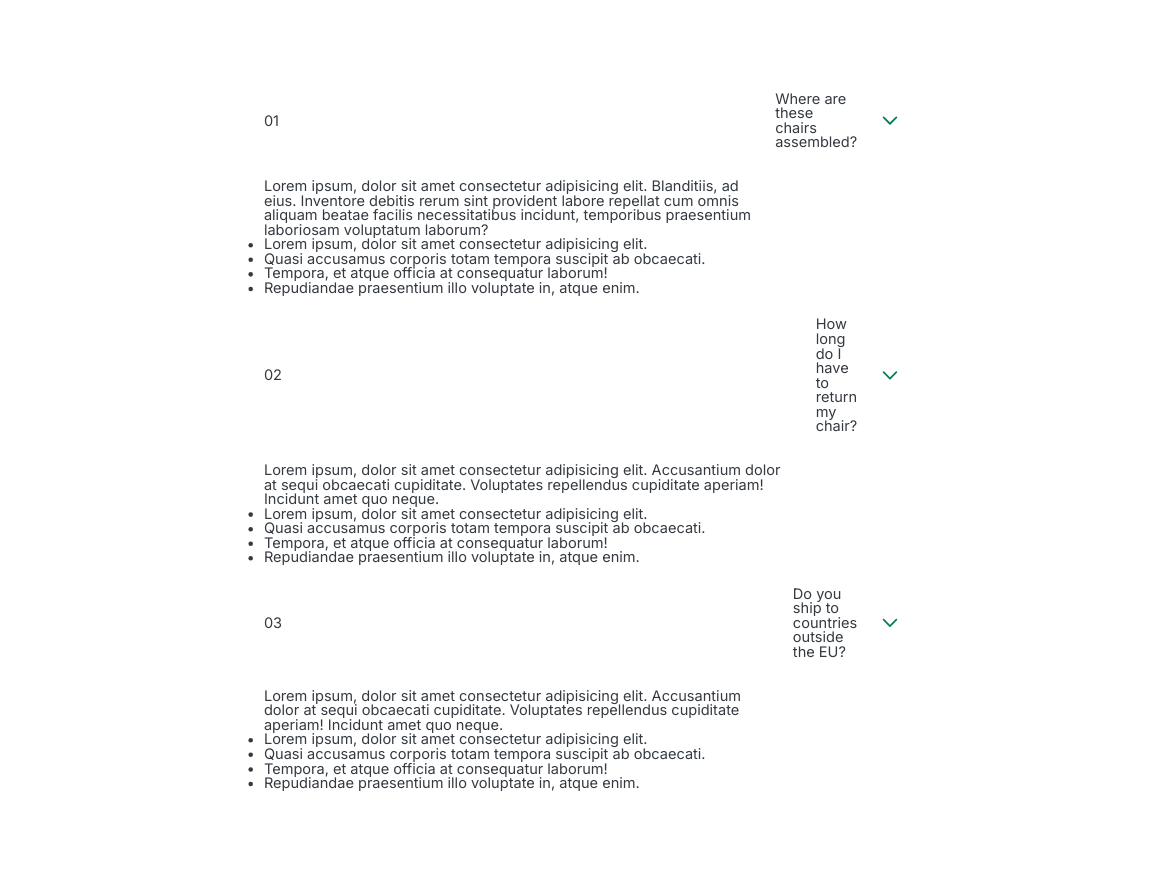
Repository: nghiakma/HTML-CSS-Fundamental
Page: Component_LayoutPatterns/accordion.html
The author's editor kept a copy of each file at every save. The page is drawn from the files as they stood at one save, then again after the next save.
The browser window is 1280 px wide. The pictures show the whole page, at 91% of full size.

Above is the page before, as saved 2023-08-26 11:07:29.

After the next save:
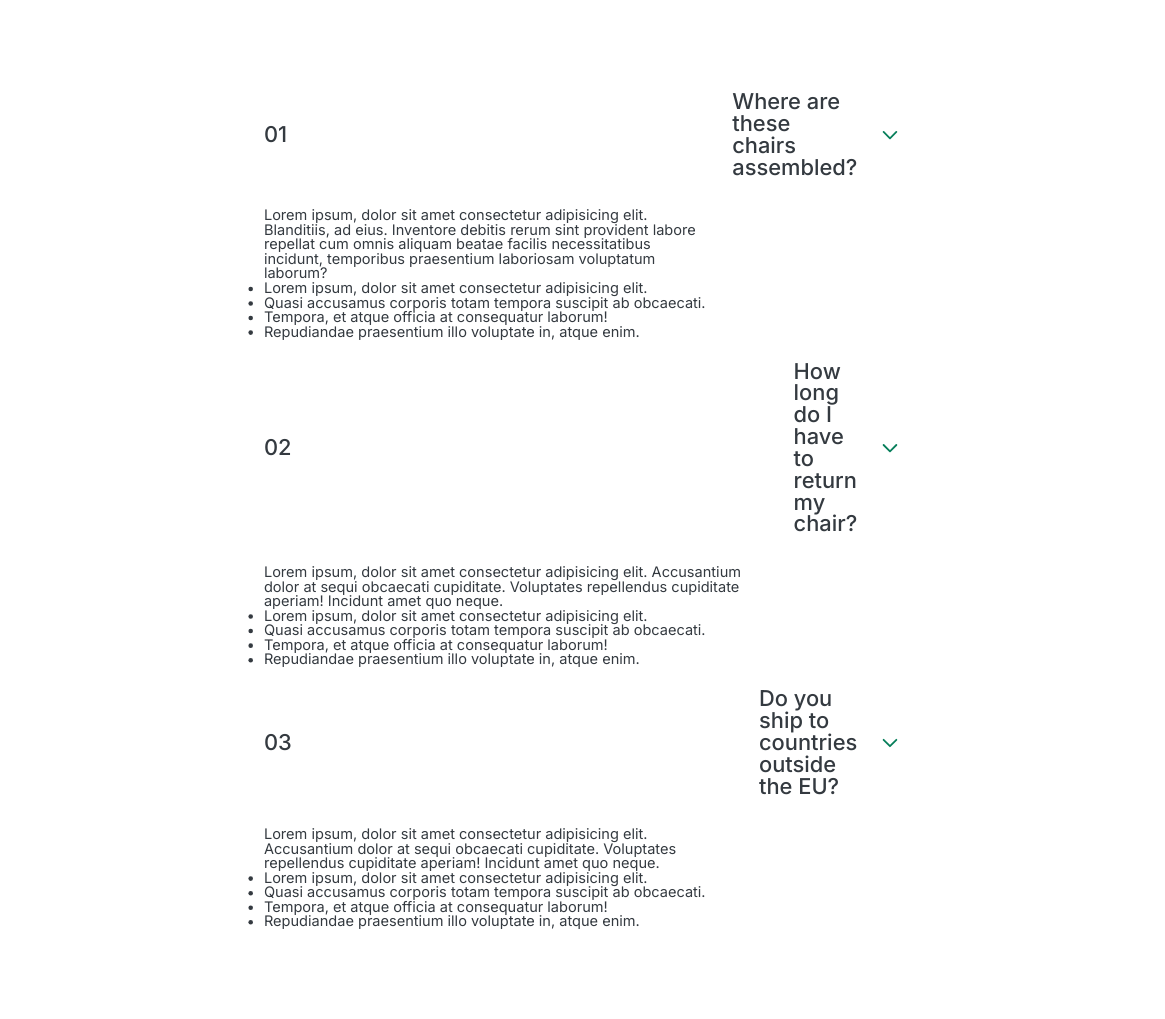
Saved 45 s later.
--- a/Component_LayoutPatterns/accordion.html
+++ b/Component_LayoutPatterns/accordion.html
@@ -45,6 +45,11 @@
       align-items: center;
     }
 
+    .number,
+    .text {
+      font-size: 24px;
+      font-weight: 500;
+    }
 
     .icon {
       stroke: #087f5b;
